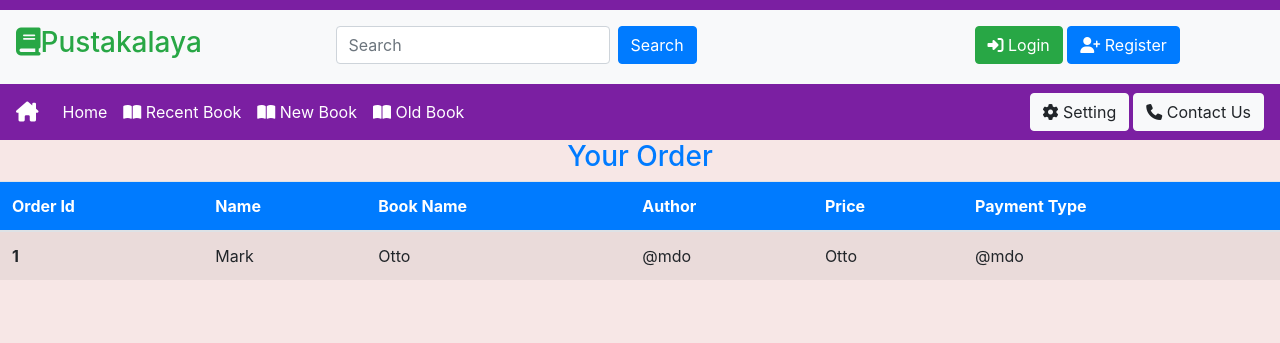
Repository: kalaprabhakar/Pustakalay_Web_Application
Page: http://localhost/E_Book_Management/order.jsp
An editor plug-in stored every save of this project. The page is shown before and after the next save, followed by the edit.
The browser window is 1280 px wide. The pictures show the whole page.
Some web libraries are served in a nearby version. The page is served by Tomcat 10.

Above is the page before, as saved 2024-02-28 15:08:20.

After the next save:
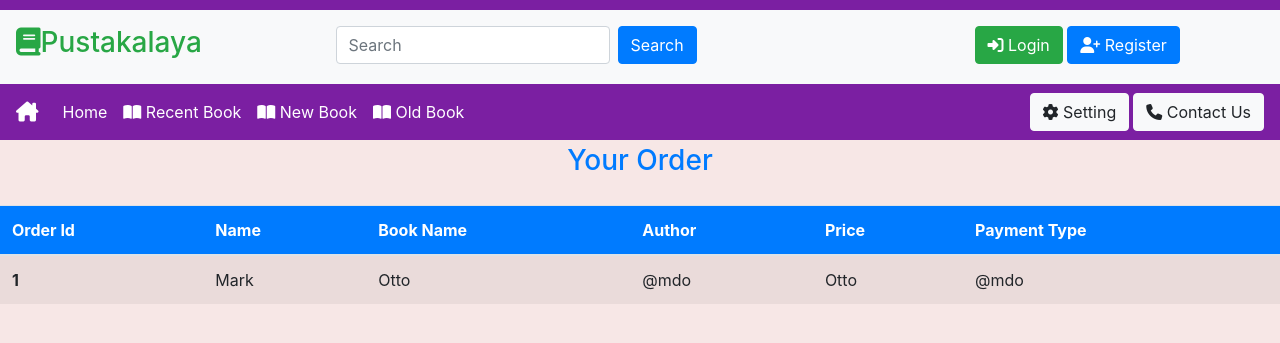
Saved 45 s later.
--- a/E_Book_Management/src/main/webapp/order.jsp
+++ b/E_Book_Management/src/main/webapp/order.jsp
@@ -9,10 +9,10 @@
 </head>
 <body style="background-color: #f7e7e6">
 	<%@ include file="all_component/navbar.jsp"%>
-	<div class="container">
+	<div class="container p-1">
 	<h3 class="text-center text-primary">Your Order</h3>
 	</div>
-	<table class="table table-striped">
+	<table class="table table-striped mt-3">
   <thead class="bg-primary text-white">
     <tr>
       <th scope="col">Order Id</th>
